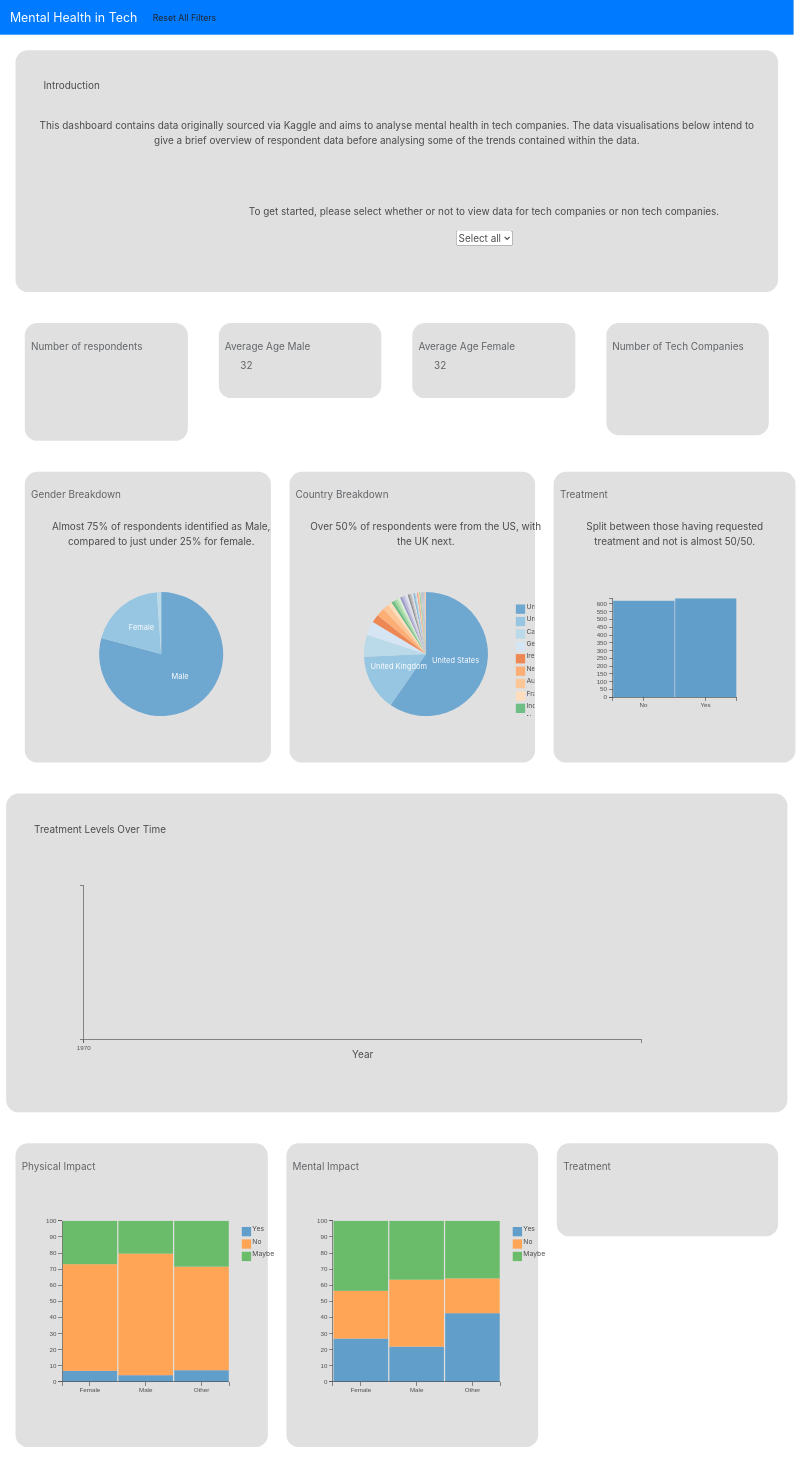
Repository: martingr1/mhdashboard
Page: index.html
The author's editor kept a record of every edit. The page is drawn from the files as they stood at one moment, then again after the next edit.
The browser window is 1280 px wide. The page is 1295 px wide, so the pictures cover 1295 px, including what lies to the right of the window. The pictures show the whole page, at 62% of full size.
Some web libraries are served in a nearby version.

Above is the page before.

### index.html
<html>

<head>

    <meta charset="UTF-8">
    <meta name="viewport" content="width=device-width, initial-scale=1.0">
    <meta http-equiv="X-UA-Compatible" content="ie=edge">
    <title>Mental Health in Tech</title>

    <link rel="stylesheet" href="https://stackpath.bootstrapcdn.com/bootstrap/4.3.1/css/bootstrap.min.css" integrity="sha384-ggOyR0iXCbMQv3Xipma34MD+dH/1fQ784/j6cY/iJTQUOhcWr7x9JvoRxT2MZw1T" crossorigin="anonymous">
    <link rel="stylesheet" href="static/css/dc.min.css" type="text/css" />
    <link rel="stylesheet" type="text/css" href="https://maxcdn.bootstrapcdn.com/font-awesome/4.7.0/css/font-awesome.min.css">
    <link rel="stylesheet" href="static/css/style.css" type="text/css" />


    <script type="text/javascript" src="static/js/d3.min.js"></script>
    <script type="text/javascript" src="static/js/crossfilter.min.js"></script>
    <script type="text/javascript" src="static/js/dc.min.js"></script>
    <script type="text/javascript" src="static/js/queue.min.js"></script>
    <script type="text/javascript" src="static/js/graph.js"></script>

</head>

<body class="background-image">

    <nav class="navbar navbar-expand-lg navbar-dark bg-primary">
        <a class="navbar-brand" href="#">Mental Health in Tech</a> <button id="reset-dashboard" class="btn btn-sm btn-default">Reset<span class="hidden-xs"> All</span> Filters</button>
            </div>
    </nav>

    <section class="section container-fluid">
        <div class="row no-gutters">
            <article class="article col-lg-12">
                <div class="row text-center">
                    <div class="row content-box">
                        <div class="row text-center chart-text">Introduction</div>
                        <hr class="line">
                        <div class="row text-center">
                            <p class="chart-text">This dashboard contains data originally sourced via Kaggle and aims to analyse mental health in tech companies. The data visualisations below intend to give a brief overview of respondent data before analysing some of the trends
                                contained within the data. </p>
                        </div>
                        <hr class="line">
                        <div class="chart" id="select_company">
                            <p class="chart-text">To get started, please select whether or not to view data for tech companies or non tech companies.</p>
                        </div>
            </article>
            </div>
            <div class="row no-gutters">
                <article class="article col-xs-12 col-sm-6 col-lg-3">

                    <div class="row no-gutters text-center">
                        <div class="row content-box">
                            <div class="row">
                                <div class="text-center">Number of respondents</div>
                                <hr class="line">
                                <div>
                                    <p class="chart-text"></p>
                                </div>
                                <div class="row">
                                    <div class="chart" id=" "></div>
                                </div>
                            </div>
                        </div>
                    </div>
                </article>

                <article class="article col-xs-12 col-sm-6 col-lg-3">
                    <div class="row no-gutters text-center">
                        <div class="row content-box">
                            <div class="row">
                                <div class="text-center">Average Age Male</div>
                                <hr class="line">
                                <div>
                                    <p class="chart-text"></p>
                                </div>
                                <div class="row">
                                    <div class="age_display" id="average_age_male"></div>
                                </div>
                            </div>
                        </div>
                    </div>
                </article>

                <article class="article col-xs-12 col-sm-6 col-lg-3">
                    <div class="row no-gutters text-center">
                        <div class="row content-box">
                            <div class="row">
                                <div class="text-center">Average Age Female</div>
                                <hr class="line">
                                <div>
                                    <p class="chart-text"></p>
                                </div>
                                <div class="row">
                                    <div class="age_display" id="average_age_gender"></div>
                                </div>
                            </div>
                        </div>
                    </div>
                </article>

                <article class="article col-xs-12 col-sm-6 col-lg-3">
                    <div class="row no-gutters text-center">
                        <div class="row content-box">
                            <div class="row">
                                <div class="text-center">Number of Tech Companies</div>
                                <hr class="line">
                                <div>
                                    <p class="chart-text"></p>
                                </div>
                                <div class="row">
                                    <div class="chart" id=" "></div>
                                </div>
                            </div>
                        </div>
                    </div>
                </article>
            </div>

            <div class="row">
                <article class="article col-xs-12 col-sm-6 col-lg-4">
                    <div class="row no-gutters text-center">
                        <div class="row content-box">
                            <div class="row">
                                <div class="text-center">Gender Breakdown</div>
                                <hr class="line">
                                <div>
                                    <p class="chart-text">Almost 75% of respondents identified as Male, compared to just under 25% for female.</p>
                                </div>
                                <div class="row">
                                    <div class="chart" id="gender_breakdown"></div>
                                </div>
                            </div>
                        </div>
                    </div>
                </article>

                <article class="article col-xs-12 col-sm-6 col-lg-4">
                    <div class="row no-gutters text-center">
                        <div class="row content-box">
                            <div class="row">
                                <div class="text-center">Country Breakdown</div>
                                <hr class="line">
                                <div>
                                    <p class="chart-text">Over 50% of respondents were from the US, with the UK next.</p>
                                </div>
                                <div class="row">
                                    <div class="chart" id="country_breakdown"></div>
                                </div>
                            </div>
                        </div>
                    </div>
                </article>

                <article class="article col-xs-12 col-sm-6 col-lg-4">
                    <div class="row no-gutters text-center">
                        <div class="row content-box">
                            <div class="row">
                                <div class="text-center">Treatment</div>
                                <hr class="line">
                                <div>
                                    <p class="chart-text">Split between those having requested treatment and not is almost 50/50.</p>
                                </div>
                                <div class="row">
                                    <div class="chart" id="treatment_chart"></div>
                                </div>
                            </div>
                        </div>
                    </div>
                </article>
            </div>

    </section>

    <div class="row">
        <article class="article col-lg-12">
            <div class="row text-center">
                <div class="row content-box">
                    <div class="row text-center chart-text">Treatment Levels Over Time</div>
                    <hr class="line">
                    <div class="row text-center">
                        <p class="chart-text"> </p>
                    </div>
                    <div class="chart" id="treatment_timeline"></div>
                </div>
            </div>
        </article>
    </div>

    <div class="row">
        <article class="article col-xs-12 col-sm-6 col-lg-4">
            <div class="row no-gutters text-center">
                <div class="row content-box">
                    <div class="row">
                        <div class="text-center">Physical Impact</div>
                        <hr class="line">
                        <div>
                            <p class="chart-text">  </p>
                        </div>
                        <div class="row">
                            <div class="chart" id="physical_impact"></div>
                        </div>
                    </div>
                </div>
            </div>
        </article>

        <article class="article col-xs-12 col-sm-6 col-lg-4">
            <div class="row no-gutters text-center">
                <div class="row content-box">
                    <div class="row">
                        <div class="text-center">Mental Impact</div>
                        <hr class="line">
                        <div>
                            <p class="chart-text"></p>
                        </div>
                        <div class="row">
                            <div class="chart" id="mental_impact"></div>
                        </div>
                    </div>
                </div>
            </div>
        </article>

        <article class="article col-xs-12 col-sm-6 col-lg-4">
            <div class="row no-gutters text-center">
                <div class="row content-box">
                    <div class="row">
                        <div class="text-center">Treatment</div>
                        <hr class="line">
                        <div>
                            <p class="chart-text"></p>
                        </div>
                        <div class="row">
                            <div class="chart" id=""></div>
                        </div>
                    </div>
                </div>
            </div>
        </article>
    </div>


    <script src="https://code.jquery.com/jquery-3.2.1.js" integrity="sha256-DZAnKJ/6XZ9si04Hgrsxu/8s717jcIzLy3oi35EouyE=" crossorigin="anonymous"></script>

</body>

</html>

### static/css/style.css
background-image {
	background-image: url("static/images/clouds_sunset_sky_119785_3840x2400.jpg");
	background-position: center center;
}

.intro-box {
	box-sizing: border-box;
	border-radius: 20px;
	background-color: #D3D3D3;
	opacity: 0.7;
	display: flex;
	width: 100%;
	height: auto;
	margin: 25px;
	padding: 25px;
}

.content-box {
	box-sizing: border-box;
	border-radius: 20px;
	background-color: #D3D3D3;
	opacity: 0.7;
	display: flex;
	width: 100%;
	height: auto;
	margin: 25px;
	padding: 25px;
}

.chart {
	height: auto;
	margin: 25px;
	padding: 25px;
}

.chart-text {
	font-size: medium;
	color: black;
	margin: 10px;
	padding: 10px;
}

.line {
	margin: 15px auto 15px;
	color: #FFFFFF;
	max-width: 75%;
}

### static/js/graph.js
queue()
    .defer(d3.csv, "data/mhsurvey2.csv")
    .await(makeGraphs);

function makeGraphs(error, healthData) {

    var ndx = crossfilter(healthData);

    var parseDate = d3.time.format("%d/%m/%Y").parse;


    healthData.forEach(function(d) {
        d.age = parseInt(d.age);
        d.date = parseDate(d.date);
    })

    show_respondents(ndx);

    show_average_age_gender(ndx, "Female", "#average_age_gender");
    show_average_age_gender(ndx, "Male", "#average_age_male");

    show_select_company(ndx);
    show_gender_breakdown(ndx);
    show_country_breakdown(ndx);
    show_treatment_levels(ndx);

    show_treatment_timeline(ndx);

    show_physical_impact(ndx);
    show_mental_impact(ndx);
    show_family_history(ndx);


    dc.renderAll();
}

function show_respondents(ndx) {

    var totalRecords = ndx.groupAll();

    console.log(totalRecords);

    dc.numberDisplay('#respondent_display')
        .formatNumber(d3.format(".0f"))
        .valueAccessor(function(d) { return d.total; })
        .group(totalRecords);

}

function show_select_company(ndx) {
    var dim = ndx.dimension(dc.pluck("techcompany"));
    var group = dim.group();

    dc.selectMenu("#select_company")
        .dimension(dim)
        .group(group);
}

function show_gender_breakdown(ndx) {

    var dim = ndx.dimension(dc.pluck("gender"));
    var group = dim.group();

    dc.pieChart('#gender_breakdown')
        .height(200)
        .radius(480)
        .transitionDuration(500)
        .dimension(dim)
        .group(group);
}

function show_country_breakdown(ndx) {

    var dim = ndx.dimension(dc.pluck("country"));
    var group = dim.group();

    dc.pieChart('#country_breakdown')
        .height(200)
        .radius(480)
        .transitionDuration(500)
        .legend(dc.legend().x(320).y(20).itemHeight(15).gap(5))
        .dimension(dim)
        .group(group);
}

function show_treatment_levels(ndx) {

    var dim = ndx.dimension(dc.pluck("treatment"));
    var group = dim.group();

    dc.barChart('#treatment_chart')
        .width(300)
        .height(200)
        .margins({ top: 10, right: 50, bottom: 30, left: 50 })
        .dimension(dim)
        .group(group)
        .x(d3.scale.ordinal())
        .xUnits(dc.units.ordinal)
}

function show_average_age_gender(ndx, gender, element) {
    var averageAgeByGender = ndx.groupAll().reduce(
        function(p, v) {
            p.count++;
            p.total += v.age;
            p.average = p.total / p.count;
            return p;
        },

        function(p, v) {
            p.count--;
            p.total += v.age;
            p.average = p.total / p.count;
            return p;
        },

        function() {
            return { count: 0, total: 0, average: 0 };
        },
    );

    dc.numberDisplay(element)
        .formatNumber(d3.format(".0f"))
        .valueAccessor(function(d) {
            if (d.count == 0) {
                return 0;
            }
            else {
                return (d.total / d.count);
            }
        })
        .group(averageAgeByGender);
}

function show_treatment_timeline(ndx) {
    var date_dim = ndx.dimension(dc.pluck('date'));
    var treatment_group = date_dim.group().reduce(

        function(p, v) {
            if (v.treatment === 'yes') {
                p.count++;
                p.total += v.treatment;
            }
            return p;
        },
        function(p, v) {
            if (v.treatment === 'yes') {
                p.count--;
                p.total += v.treatment;
            }
            return p;
        },
        function() {
            return { count: 0, total: 0 };
        }
    );


    var minDate = date_dim.bottom(1)[0].date;
    var maxDate = date_dim.top(1)[0].date;

    dc.lineChart("#treatment_timeline")

        .width(1000)
        .height(300)
        .margins({ top: 10, right: 50, bottom: 30, left: 50 })
        .dimension(date_dim)
        .group(treatment_group)
        .valueAccessor(function(d) {
            return d.value.treatment;
        })
        .transitionDuration(500)
        .x(d3.time.scale().domain([minDate, maxDate]))
        .xAxisLabel("Year")
        .yAxis().ticks(4);
}

function show_physical_impact(ndx) {

    function physicalImpactByGender(dimension, physhealthconsequence) {

        return dimension.group().reduce(

            function(p, v) {
                p.total++;
                if (v.physhealthconsequence == physhealthconsequence) {
                    p.match++;
                }
                return p;
            },
            function(p, v) {
                p.total--;
                if (v.physhealthconsequence == physhealthconsequence) {
                    p.match--;
                }
                return p;
            },
            function() {
                return { total: 0, match: 0 };
            }
        );
    }

    var dim = ndx.dimension(dc.pluck("gender"));
    var physYes = physicalImpactByGender(dim, "Yes");
    var physNo = physicalImpactByGender(dim, "No");
    var physMaybe = physicalImpactByGender(dim, "Maybe");

    dc.barChart("#physical_impact")
        .width(400)
        .height(300)
        .dimension(dim)
        .group(physYes, "Yes")
        .stack(physNo, "No")
        .stack(physMaybe, "Maybe")
        .valueAccessor(function(d) {
            if (d.value.total > 0) {
                return (d.value.match / d.value.total) * 100;
            }
            else {
                return 0;
            }
        })
        .x(d3.scale.ordinal())
        .xUnits(dc.units.ordinal)
        .legend(dc.legend().x(320).y(20).itemHeight(15).gap(5))
        .margins({ top: 10, right: 100, bottom: 30, left: 30 });
}

function show_mental_impact(ndx) {

    function mentalImpactByGender(dimension, mentalhealthconsequence) {

        return dimension.group().reduce(

            function(p, v) {
                p.total++;
                if (v.mentalhealthconsequence == mentalhealthconsequence) {
                    p.match++;
                }
                return p;
            },
            function(p, v) {
                p.total--;
                if (v.mentalhealthconsequence == mentalhealthconsequence) {
                    p.match--;
                }
                return p;
            },
            function() {
                return { total: 0, match: 0 };
            }
        );
    }

    var dim = ndx.dimension(dc.pluck("gender"));
    var mentYes = mentalImpactByGender(dim, "Yes");
    var mentNo = mentalImpactByGender(dim, "No");
    var mentMaybe = mentalImpactByGender(dim, "Maybe");

    dc.barChart("#mental_impact")
        .width(400)
        .height(300)
        .dimension(dim)
        .group(mentYes, "Yes")
        .stack(mentNo, "No")
        .stack(mentMaybe, "Maybe")
        .valueAccessor(function(d) {
            if (d.value.total > 0) {
                return (d.value.match / d.value.total) * 100;
            }
            else {
                return 0;
            }
        })
        .x(d3.scale.ordinal())
        .xUnits(dc.units.ordinal)
        .legend(dc.legend().x(320).y(20).itemHeight(15).gap(5))
        .margins({ top: 10, right: 100, bottom: 30, left: 30 });
}

function show_family_history(ndx) {

    var dim = ndx.dimension(dc.pluck("familyhistory"));
    var group = dim.group();

    dc.pieChart('#family_history')
        .height(200)
        .radius(480)
        .transitionDuration(500)
        .dimension(dim)
        .group(group);
}

Loaded but not shown: static/css/dc.min.css (library); static/js/d3.min.js (library); static/js/crossfilter.min.js (library); static/js/dc.min.js (library); static/js/queue.min.js (common file)

After the next edit:
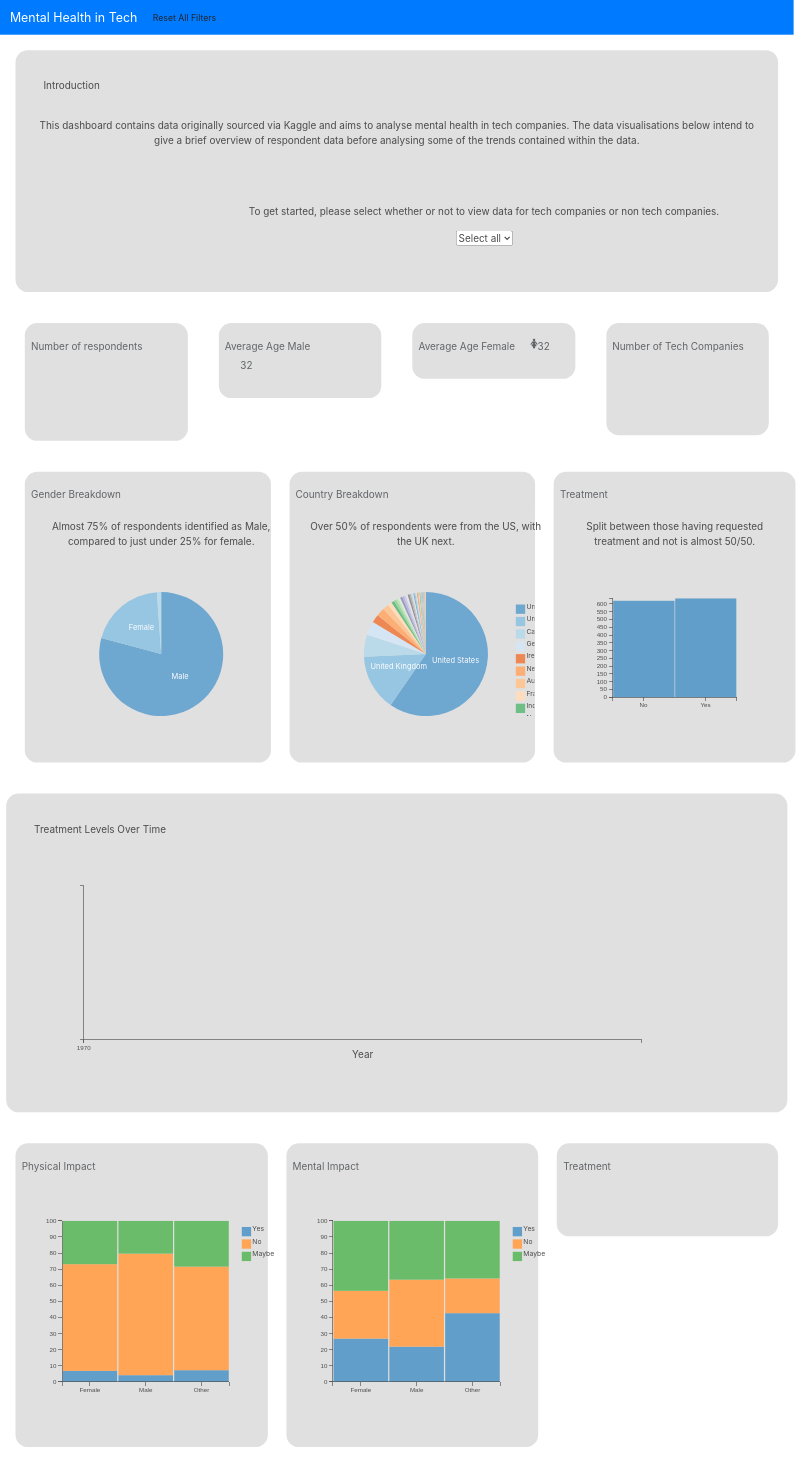
The edit:
--- a/index.html
+++ b/index.html
@@ -91,7 +91,7 @@
                                     <p class="chart-text"></p>
                                 </div>
                                 <div class="row">
-                                    <div class="age_display" id="average_age_gender"></div>
+                                    <i class="fa fa-female fa-gender" aria-hidden="true"></i><div class="age_display" id="average_age_gender"></div>
                                 </div>
                             </div>
                         </div>
